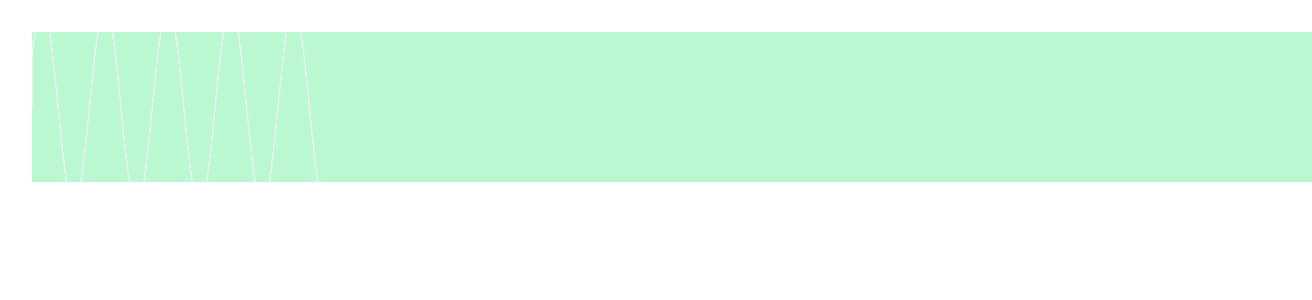
Repository: TMuse333/quantum-experiments
Page: /
An editor plug-in stored every save of this project. The page is shown before and after the next save, followed by the edit.
The browser window is 1280 px wide. The page is 1312 px wide, so the pictures cover 1312 px, including what lies to the right of the window. The pictures show the whole page.
The project was rebuilt for these pictures with package versions that can differ from the ones it lists, and the page was loaded fresh each time. Also part of the build but not shown: vite.config.ts.

Above is the page before, as saved 2024-06-08 16:28:34.

### src/App.tsx
import { useState } from 'react'
import reactLogo from './assets/react.svg'
import viteLogo from '/vite.svg'
import './App.css'
import SineWave from './components/wave/wave'

function App() {
  const [count, setCount] = useState(0)

  return (
    <>
    <div className='bg-blue-800'>


     <SineWave/>
     </div>
    </>
  )
}

export default App

### src/components/wave/wave.tsx
import React, { useRef, useEffect } from 'react';

const SineWave: React.FC = () => {
  const canvasRef = useRef<HTMLCanvasElement | null>(null);

  useEffect(() => {
    const canvas = canvasRef.current;
    if (!canvas) return;

    const c = canvas.getContext('2d');
    if (!c) return;

    const wave = {
      amplitude: 100,
      frequency: 0.1, // Slower wave
      speed: 0.03, // Slower speed
      xOffset: 0,
      yOffset: canvas.height / 2,
      waveColor: '#fff'
    };

    const draw = () => {
      c.clearRect(0, 0, canvas.width, canvas.height);
      c.beginPath();
      c.moveTo(0, wave.yOffset);
      for (let x = 0; x < canvas.width; x++) {
        const y = wave.yOffset + Math.sin(x * wave.frequency + wave.xOffset) * wave.amplitude;
        c.lineTo(x, y);
      }
      c.strokeStyle = wave.waveColor;
      c.stroke();
      wave.xOffset += wave.speed;
      requestAnimationFrame(draw);
    };

    draw();

    // const resizeHandler = () => {
    //   canvas.width = window.innerWidth;
    //   canvas.height = window.innerHeight;

    // };

    // window.addEventListener('resize', resizeHandler);

    // return () => {
    //   window.removeEventListener('resize', resizeHandler);
    // };
  }, []);

  return  (
    <div className='w-screen bg-green-200
    h-1/2'>


  <canvas className='h-full'
   ref={canvasRef} />
     </div>
  )
};

export default SineWave;

Loaded but not shown: index.html (common file); src/main.tsx (common file); src/index.css (common file); src/App.css (common file); tailwind.config.js (common file)

After the next save:
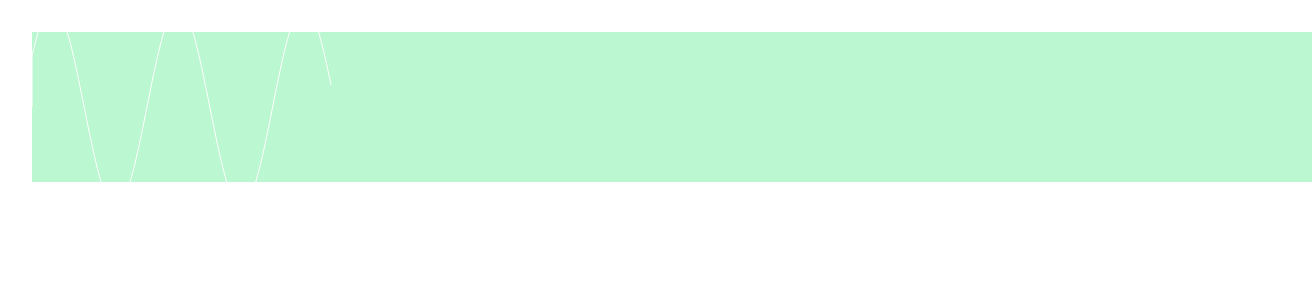
Saved 7 s later.
--- a/src/components/wave/wave.tsx
+++ b/src/components/wave/wave.tsx
@@ -12,7 +12,7 @@
 
     const wave = {
       amplitude: 100,
-      frequency: 0.1, // Slower wave
+      frequency: 0.05, // Slower wave
       speed: 0.03, // Slower speed
       xOffset: 0,
       yOffset: canvas.height / 2,
